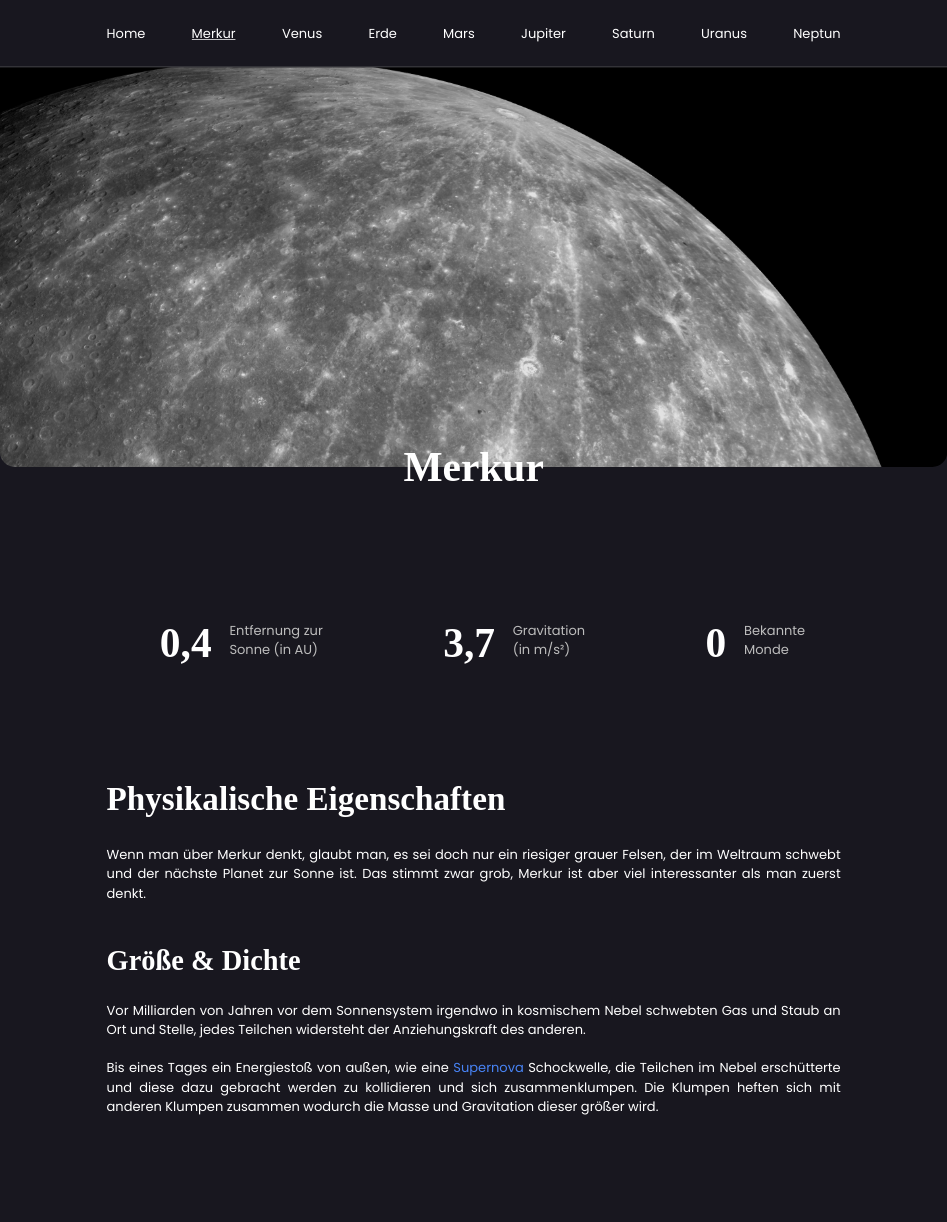
Repository: moreno-livak/solar
Page: dist/html/merkur.html
These files come from the project's save history. The page is drawn as it stood at one moment and after the next save; the edit follows.
The browser window is 1280 px wide. The pictures show the whole page, at 74% of full size.
The style sheet was rebuilt from its Sass, Less or Tailwind sources for each picture, by a compiler version that may differ from the author's.

Above is the page before, as saved 2022-05-07 13:01:27.
Console error: TypeError: Cannot read properties of null (reading 'querySelectorAll')

### dist/html/merkur.html
<!DOCTYPE html>
<html>
  <head>
    <!-- Poppins -->
    <link rel="preconnect" href="https://fonts.googleapis.com">
    <link rel="preconnect" href="https://fonts.gstatic.com" crossorigin>
    <link href="https://fonts.googleapis.com/css2?family=Poppins:ital,wght@0,300;0,400;0,500;0,600;0,700;1,300;1,400;1,500;1,600;1,700&display=swap" rel="stylesheet">
    <!-- Playfair Display -->
    <link rel="preconnect" href="https://fonts.googleapis.com">
    <link rel="preconnect" href="https://fonts.gstatic.com" crossorigin>
    <link href="https://fonts.googleapis.com/css2?family=Playfair+Display:wght@700&display=swap" rel="stylesheet">
    <!-- Erscheinungsbild -->
    <link rel="icon" href="../assets/merkur/Merkur_Icon.png">
    <title>Merkur</title>
    <link href="../css/home.css" rel="stylesheet">
  </head>

  <body>
    <nav>
      <ul class="second-nav">
          <li><a href="../index.html">Home</a></li>
          <div class="openMenu"><img class="burger" src="../assets/Menu-Icon.svg" alt="Menu"></div>
      </ul>
      <ul class="mainMenu">
          <li><a class="home" href="../index.html">Home</a></li>
          <li><a class="active margin" href="merkur.html">Merkur</a></li>
          <div class="menu-vl"></div>
          <li><a href="">Venus</a></li>
          <div class="menu-vl"></div>
          <li><a href="">Erde</a></li>
          <div class="menu-vl"></div>
          <li><a href="">Mars</a></li>
          <div class="menu-vl"></div>
          <li><a href="">Jupiter</a></li>
          <div class="menu-vl"></div>
          <li><a href="">Saturn</a></li>
          <div class="menu-vl"></div>
          <li><a href="">Uranus</a></li>
          <div class="menu-vl"></div>
          <li><a href="">Neptun</a></li>
          <div class="closeMenu"><img class="exit" src="../assets/Exit-Menu.svg" alt="Exit"></div>
      </ul>
  </nav>



  <section class="header">
    <div class="image-header"><img src="../assets/Merkur/Merkur-Header.png"></div>
    <h1>Merkur</h1>
  </section>



  <section class="quik-facts">
    <div class="quik-fact">
        <p class="number">0,4</p>
        <p>Entfernung zur<br>Sonne (in AU)</p>
    </div>
    <div class="quik-fact">
        <p class="number">3,7</p>
        <p>Gravitation<br>(in m/s²)</p>
    </div>
    <div class="quik-fact">
        <p class="number">0</p>
        <p>Bekannte<br>Monde</p>
    </div>
  </section>

  <section class="orbit">
    <h1>Physikalische Eigenschaften</h1>

    <p>Wenn man über Merkur denkt, glaubt man, es sei doch nur ein riesiger
      grauer Felsen, der im Weltraum schwebt und der nächste Planet zur Sonne ist.
      Das stimmt zwar grob, Merkur ist aber viel interessanter als man zuerst denkt.</p>

    <h2>Größe & Dichte</h2>

    <p>Vor Milliarden von Jahren vor dem Sonnensystem irgendwo in kosmischem
        Nebel schwebten Gas und Staub an Ort und Stelle, jedes Teilchen widersteht
        der Anziehungskraft des anderen.
        <br><br>
        Bis eines Tages ein Energiestoß von außen, wie eine
        <span class="tooltip-light" id="tooltip" data-message="Explosion
        eines massereichen Sterns am Ende seiner Lebenszeit">
        Supernova</span>
        Schockwelle, die Teilchen im Nebel erschütterte und diese dazu gebracht werden zu
        kollidieren und sich zusammenklumpen. Die Klumpen heften sich mit anderen
        Klumpen zusammen wodurch die Masse und Gravitation dieser größer wird.
    </p>
  </section>






  <script src="../scripts/merkur.js"></script>
</body>
</html>

### src/scss/home.scss
/*Variablen*/

$left-margin: 9rem;
$base-font-size: 1.1rem;
$transition: .4s;
$main-title: 3.5rem;
$h1: 2.8rem;
$h2: 2.4rem;




/*Scrollbar*/

::-webkit-scrollbar{
    width: .7em;
} // Dicke

::-webkit-scrollbar-track{
    background-color: #242230;
} // Hintergrundfrabe

::-webkit-scrollbar-thumb{
    border-radius: 5px;
    background-color:#312f3f;
    &:hover{
        background-color: #383647;
    }
} // Thumb zum Scrollen




body {
    background: #18171F;
    margin: 0;
    font-family: 'Poppins';
    color: white;
    max-width: 100%;
    overflow-x: hidden;
}



/*Navigation*/

nav {
    border-bottom: 1px #5D5D5D solid;
    .second-nav{
        display: none;
    }

    .menu-vl{
        display: none;
    }

    .openMenu{
        display: none;
    }

    .closeMenu{
        display: none;
    }

    ul{
        margin: 2rem $left-margin 2rem $left-margin;
        display: flex;
        justify-content: space-between;
        li{
            list-style-type: none;
            margin-left: -2.5em;
            a{
                border: none;
                color: white;
                font-size: $base-font-size;
                font-weight: medium;
                text-decoration: none;
                display: inline-block;
                position: relative;
                clip-path: polygon(0 0, 100% 0, 100% 100%, 0% 100%);
                &:before, &:after {
                    position: absolute;
                    content: '';
                    border-bottom: 2px solid rgb(255, 255, 255);
                    border-radius: 0em;
                    bottom: .1em;
                    transition: transform .8s cubic-bezier(0.075, 0.82, 0.165, 1);
                }

               &:before {
                    width: 0.01em;
                    margin-left: -.1em;
                    transform-origin: left;
                }

                &:hover:before {
                    margin-left: 0em;
                    transform: scaleX(88);
                }
            }
            .active{
                text-decoration: underline;
                color: #ffffff;
                text-underline-offset: 0.14em;
            }
        }
    }
}





/*Header*/

header{
    justify-content: space-between;
    display: flex;
    .left{
        float:left;
        margin: 8rem 0 0 $left-margin;
        h1{
            font-family: 'Playfair+Display';
            font-size: $main-title;
            width: 10em;
        }
        p{
            font-size: $base-font-size;
            margin-right: 3rem;
        }
        .cta{
            display: flex;
            background: #242230;
            border-radius: 10px;
            margin-top: 2.5rem;
            width: 19.5rem;
            a{
                background: #FDB513;
                margin-right: 1em;
                padding: .5em 1em .5em 1em;
                border-radius: 8px;
                color: #18171F;
                font-weight: bold;
                font-size: $base-font-size;
                text-decoration: none;
                margin: .5em;
                transition: $transition;
            }
            a:hover{
                margin: 0;
                padding: 1em 1.5em 1em 1.5em;
                transition: $transition;
            }
            p{
                margin: auto 1rem auto 1rem;
                font-size: $base-font-size;
            }
        }
    }
    img{
        margin-top: 3em;
        float:right;
    }
}




/*Quikfacts*/

section.quik-facts{
    margin: 6rem 18rem 6rem 18rem;
    display: flex;
    flex-wrap: wrap;
    justify-content: space-between;
    .quik-fact{
        display: flex;
        margin: 0 2rem 0 2rem;
        p.number{
            font-family: 'Playfair';
            font-size: 3.5rem;
            font-weight: bold;
            color: #ffffff;
            margin: 1rem 1.5rem 0 1.5rem;
        }
        p{
            font-family: 'Poppins';
            color: #BDBDBD;
            font-size: $base-font-size;
        }
    }
}




/*Orbitale Ebene*/

section.orbit{
    margin: 9rem $left-margin 9rem $left-margin;
    h1{
        font-size: $h1;
        font-family: 'Playfair';
        font-weight: bold;
    }

    p{
        font-size: $base-font-size;
        text-align: justify;
        font-weight: 400;
        margin-bottom: 2rem;
    }

    div.content{
        background: #242230;
        border-radius: 10px;
        display: flex;
        padding: .7rem 3rem .7rem .7rem;
        .vl{
            border-left: 3.5px solid #383647;
            margin: auto 2rem auto 2rem;
            height: 6rem;
            border-radius: 10px;
        }
        p{
          font-size: $base-font-size;
          text-align: justify;
          font-weight: 400;
          margin: auto 0 auto 0;
        }
    }

    h2{
        font-size: $h2;
        font-family: 'Playfair';
        font-weight: bold;
        margin-top: 3.5rem;
    }

    .tooltip-dark{
        color: #4884F6;
        cursor: pointer;
        position: relative;
        .tip{
            visibility: hidden;
            width: 200px;
            background-color: #18171F;
            color: #fff;
            text-align: center;
            border-radius: 10px;
            padding: 10px 5px 10px 5px;
            position: absolute;
            display: inline-block;
            bottom: 120%;
            left: 50%;
            margin-left: -110px;
            opacity: 0;
            transition: opacity 0.3s;
            z-index: 1000;
        }
        .tip.active{
            visibility: visible;
            opacity: 1;
        }
    }
    .tooltip-light{
        color: #4884F6;
        cursor: pointer;
        position: relative;
        .tip{
            visibility: hidden;
            width: 245px;
            background-color: #242230;
            color: #fff;
            text-align: center;
            border-radius: 10px;
            padding: 10px 5px 10px 5px;
            position: absolute;
            display: inline-block;
            bottom: 120%;
            left: 50%;
            margin-left: -125px;
            opacity: 0;
            transition: opacity 0.3s;
            z-index: 1000;
        }
        .tip.active{
        visibility: visible;
        opacity: 1;
        }
    }




    /*Tabs*/

    .struggle{
        margin-top: 2rem;
        background: #242230;
        width: 23.9rem;
        border-radius: 10px;
        ul{
            display: flex;
            padding: 0.7rem;
        }
    }
    .tabs .trigger{
        list-style-type: none;
        padding: 10px;
        background: #242230;
        border-radius: 6px;
        display: inline-block;
        padding: 10px 20px;
        cursor: pointer;
    }
    .tabs .trigger.active{
        background: #18171F;
        color: white;
    }
    .tabs .content{
        background: #242230;
        display: none;
    }
    .tabs .content.active{
        display: flex;
        margin-top: 1.5rem;
    }


    .link{
        color: #4884F6;
        text-decoration: none;
    }


    //Trigger
    .dropdown .trigger{
        border: 1px solid #242230;
        border-radius: 10px;
        background: #242230;
        font-size: $base-font-size;
        position: relative;
        cursor: pointer;
        margin: 2rem 0 1em 0;
        padding: 1.5rem;
    }
    .dropdown .trigger.active{
        border: 1px solid #242230;
        border-radius: 10px 10px 0 0;
        background: #242230;
        margin: 2rem 0 0em 0;
    }

    // Symbol
    .dropdown .trigger::after{
        content: ">";
        font-family: 'Arial';
        font-size: large;
        background: #312f3f;
        border-radius: 50%;
        padding: .5rem 2rem .5rem 2rem;
        margin: -.4rem -1.5rem 0rem 0rem;
        right: 1.5rem;
        display: inline-block;
        position: absolute;
        transform: rotate(90deg) scale(0.5, 1);
        font-weight: bold;
        transition: transform 0.3s;
        font-size: 1.2rem;
        font-weight: 400;
    }
    .dropdown .trigger.active::after{
        transform: rotate(-90deg) scale(0.5, 1);
    }

    // Content
    .dropdown .content{
        display: none;
    }
    .dropdown .content.active{
        display: block;
        border: 2px solid #242230;
        background: #18171F;
        font-size: $base-font-size;
        border-radius: 0 0 10px 10px;
        padding: 1.5rem 1.5rem 1.5rem 1.5rem;
        margin-top: -1px;
    }
}



/*Planeten Erkunden*/

.more{
    margin: 3rem $left-margin 4rem $left-margin;
    h1{
        font-size: $h1;
        font-family: 'Playfair';
        font-weight: bold;
    }
    .planets{
        display: grid;
        grid-template-columns: repeat(8, 1fr);
        column-gap: 1.5rem;
        .planet{
            display: grid;
            grid-template-rows: repeat(2, 1fr);
            grid-template-rows: 3rem 4rem;
            place-items: center;
            background: #242230;
            border-radius: 10px;
            text-align: center;
            bottom: 0;
            padding: 1rem 2rem 1rem 2rem;
            text-decoration: none;
            color: #ffffff;
            p{
                margin: 1rem 0 0rem 0;
            }
            img{
                margin: 2rem 0 1rem 0;
                transition: $transition;
            }
        }
        .planet:hover{
            img{
                margin: 1.5rem 0 1.5rem 0;
                transform: rotate(180deg);
                transition: $transition;
            }
        }
    }
}




/*Footer*/
footer{
    margin: $left-margin 0 3rem 0;
    display: flex;
    justify-content: space-around;
    border-top: 1px #5D5D5D solid;
    div{
        margin: 3rem 4rem 0 4rem;
        a{
            margin: 0 2rem 0 2rem;
            text-decoration: none;
            color: #BDBDBD;
            font-size: $base-font-size;
            display: inline-block;
            border: none;
            position: relative;
            clip-path: polygon(0 0, 100% 0, 100% 100%, 0% 100%);
            &:before, &:after {
                position: absolute;
                content: '';
                border-bottom: 2px solid #BDBDBD;
                border-radius: 0em;
                bottom: .1em;
                transition: transform .8s cubic-bezier(0.075, 0.82, 0.165, 1);
            }

           &:before {
                width: 0.01em;
                margin-left: -.1em;
                transform-origin: left;
            }

            &:hover:before {
                margin-left: 0em;
                transform: scaleX(124);
            }
        }
    }
}


/*Other Pages*/
div.sketchfab-embed-wrapper{
    display: grid;
    place-content: center;
    iframe{
        border-radius: 10px;
        width: 77rem;
        margin: 1rem auto 1rem auto;
    }
  }

  .mercury-gif{
    transform: rotate(90deg);
    border-radius: 8px;
    margin-left: 8rem;
  }

  .video{
    border-radius: 8px;
    margin-left: 8rem;
    height: 15rem;
  }

  .header{
    display: grid;
    place-items: center;
    .image-header{
        height: 75vh;
        width: 100%;
        overflow: hidden;
        border-radius: 0 0 20px 20px;
        img{
            width: 100%;
        }
    }
    h1{
        font-size: $main-title;
        font-family: 'Playfair-Display';
        margin-top: -2rem;
    }
  }

/*Media Queries*/
@import 'home-mq';

Loaded but not shown: src/merkur.js (110 lines, source omitted); src/scss/_home-mq.scss (869 lines, source omitted)

After the next save:
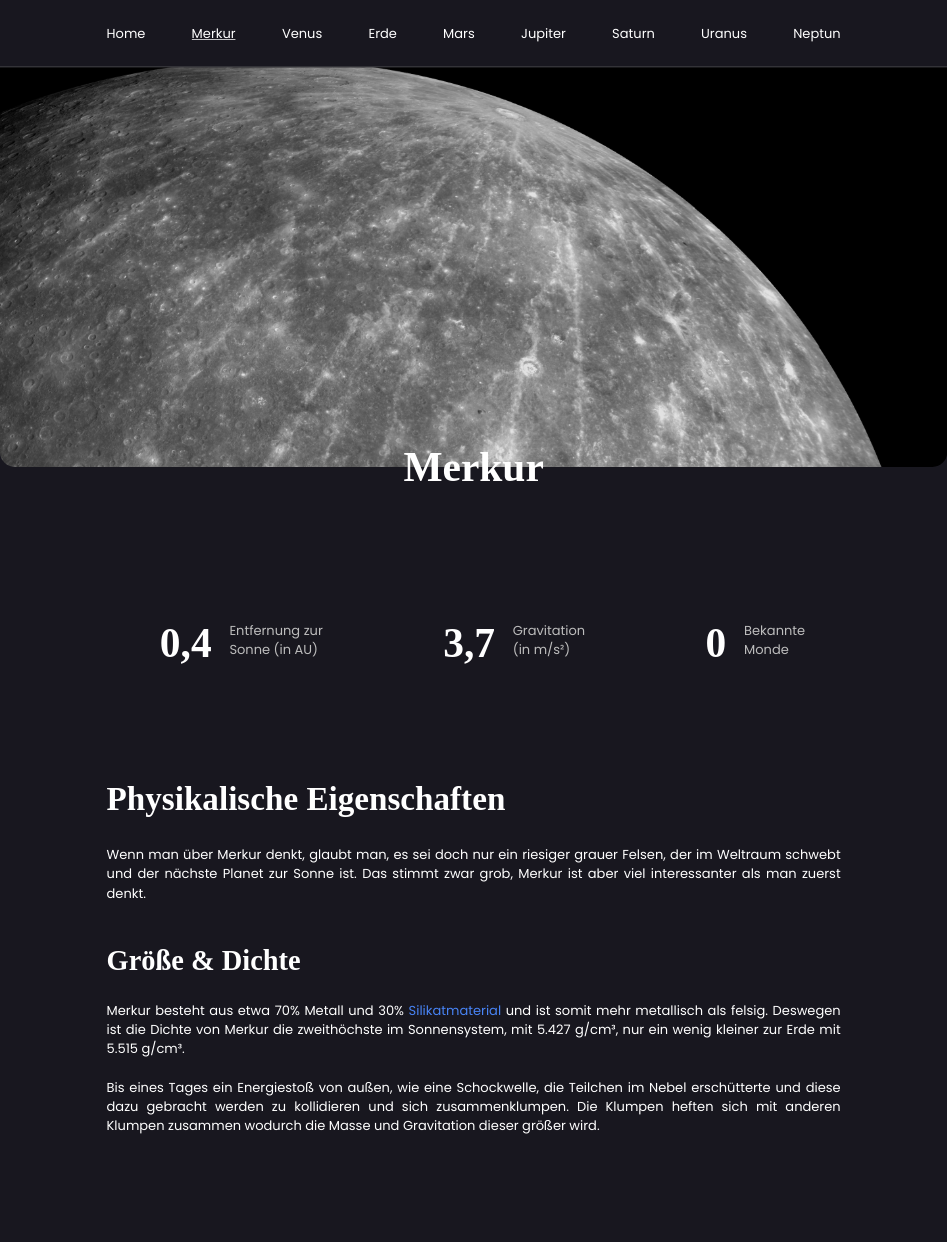
Saved 88 s later.
--- a/dist/html/merkur.html
+++ b/dist/html/merkur.html
@@ -75,14 +75,15 @@
 
     <h2>Größe & Dichte</h2>
 
-    <p>Vor Milliarden von Jahren vor dem Sonnensystem irgendwo in kosmischem
-        Nebel schwebten Gas und Staub an Ort und Stelle, jedes Teilchen widersteht
-        der Anziehungskraft des anderen.
+    <p>Merkur besteht aus etwa 70% Metall und 30%
+      <span class="tooltip-light" id="tooltip" data-message="Verbindungen aus Silicium + Sauerstoff">
+        Silikatmaterial </span>
+      und ist somit mehr metallisch
+      als felsig. Deswegen ist die Dichte von Merkur die zweithöchste im
+      Sonnensystem, mit 5.427 g/cm³, nur ein wenig kleiner zur Erde mit 5.515 g/cm³.
         <br><br>
         Bis eines Tages ein Energiestoß von außen, wie eine
-        <span class="tooltip-light" id="tooltip" data-message="Explosion
-        eines massereichen Sterns am Ende seiner Lebenszeit">
-        Supernova</span>
+
         Schockwelle, die Teilchen im Nebel erschütterte und diese dazu gebracht werden zu
         kollidieren und sich zusammenklumpen. Die Klumpen heften sich mit anderen
         Klumpen zusammen wodurch die Masse und Gravitation dieser größer wird.
